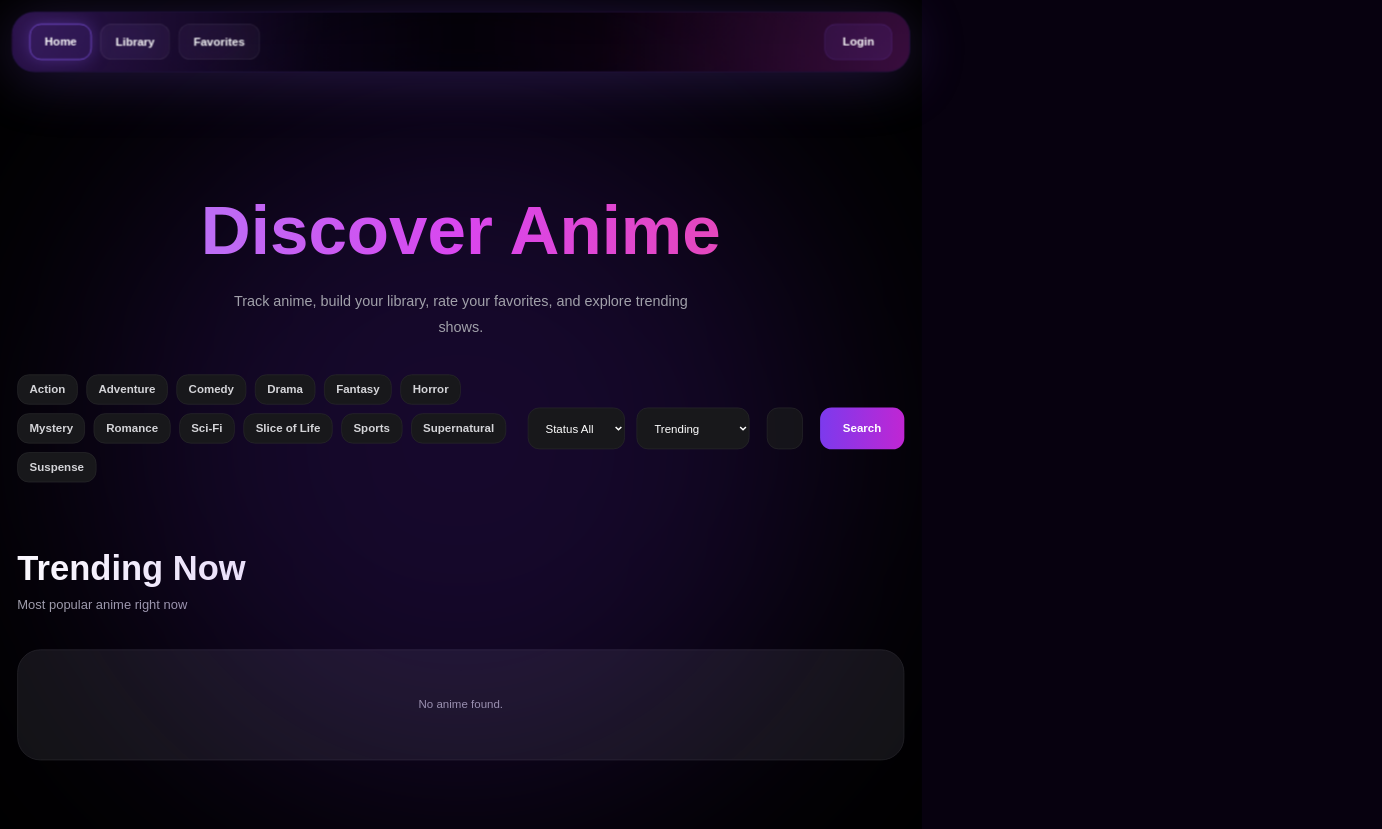
Repository: Maykal-Projects/Otakuflow
Page: /
An editor plug-in stored every save of this project. The page is shown before and after the next save, followed by the edit.
The browser window is 1280 px wide. The page is 1280 px wide, then 1992 px, so the pictures cover 1920 px, including what lies to the right of the window. The pictures show the whole page, at 72% of full size.
The page's requests for data from a server got no answer. The project was rebuilt for these pictures with package versions that can differ from the ones it lists, and the page was loaded fresh each time. The framework's server and built-in components were replaced by stand-ins that run in the browser. No one was signed in, and anything a server would have sent is missing. Also part of the build but not shown: next.config.ts, components/AnimeCard.tsx.

Above is the page before, as saved 2026-05-30 09:29:13.

After the next save:
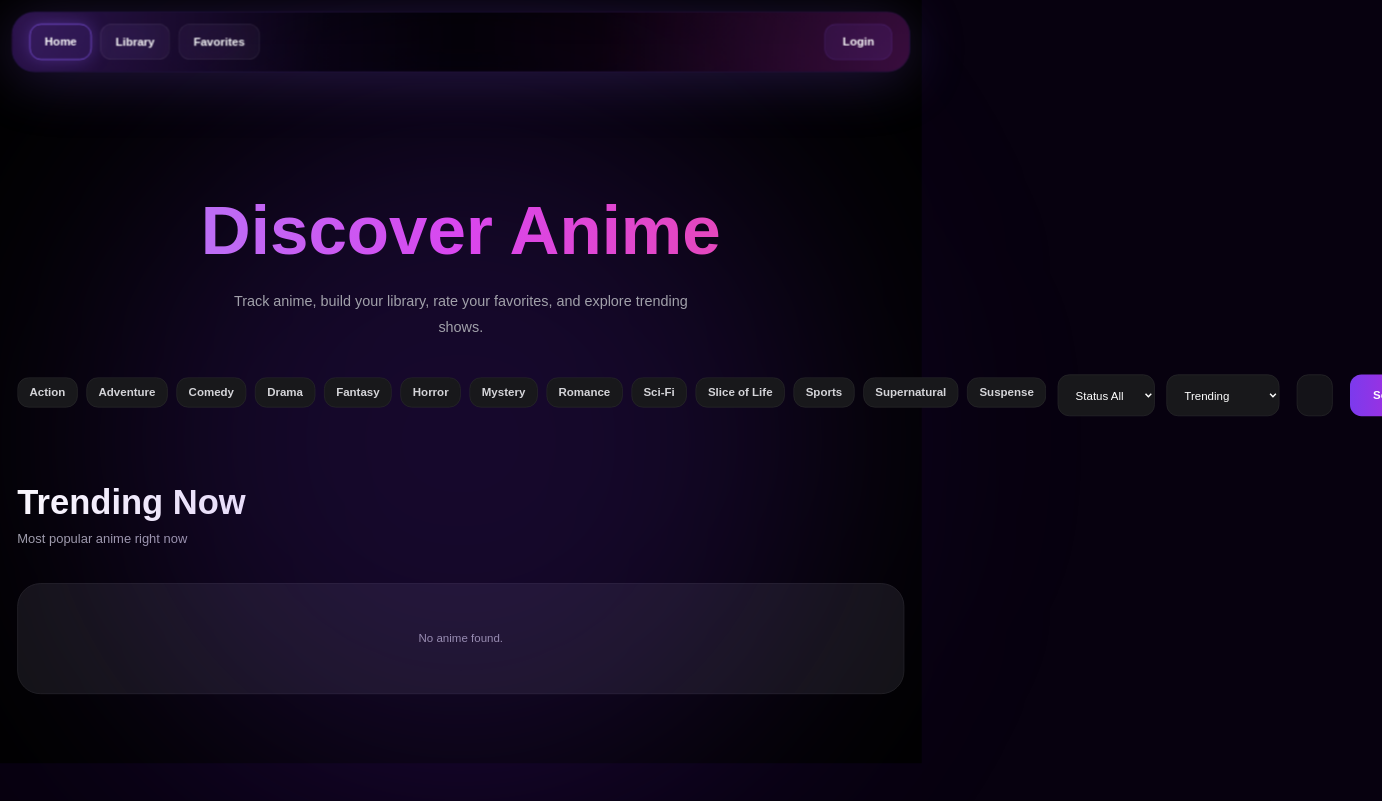
Saved 20 s later.
--- a/app/page.tsx
+++ b/app/page.tsx
@@ -725,7 +725,7 @@ async function searchAnimeWithGenres(
             <div className="flex items-center gap-4">
 
               {/* GENRE CHIPS */}
-<div className="flex flex-wrap gap-3">
+<div className="flex overflow-x-auto whitespace-nowrap pb-2 gap-3">
 
   {genres.map(
     (genre) => (
